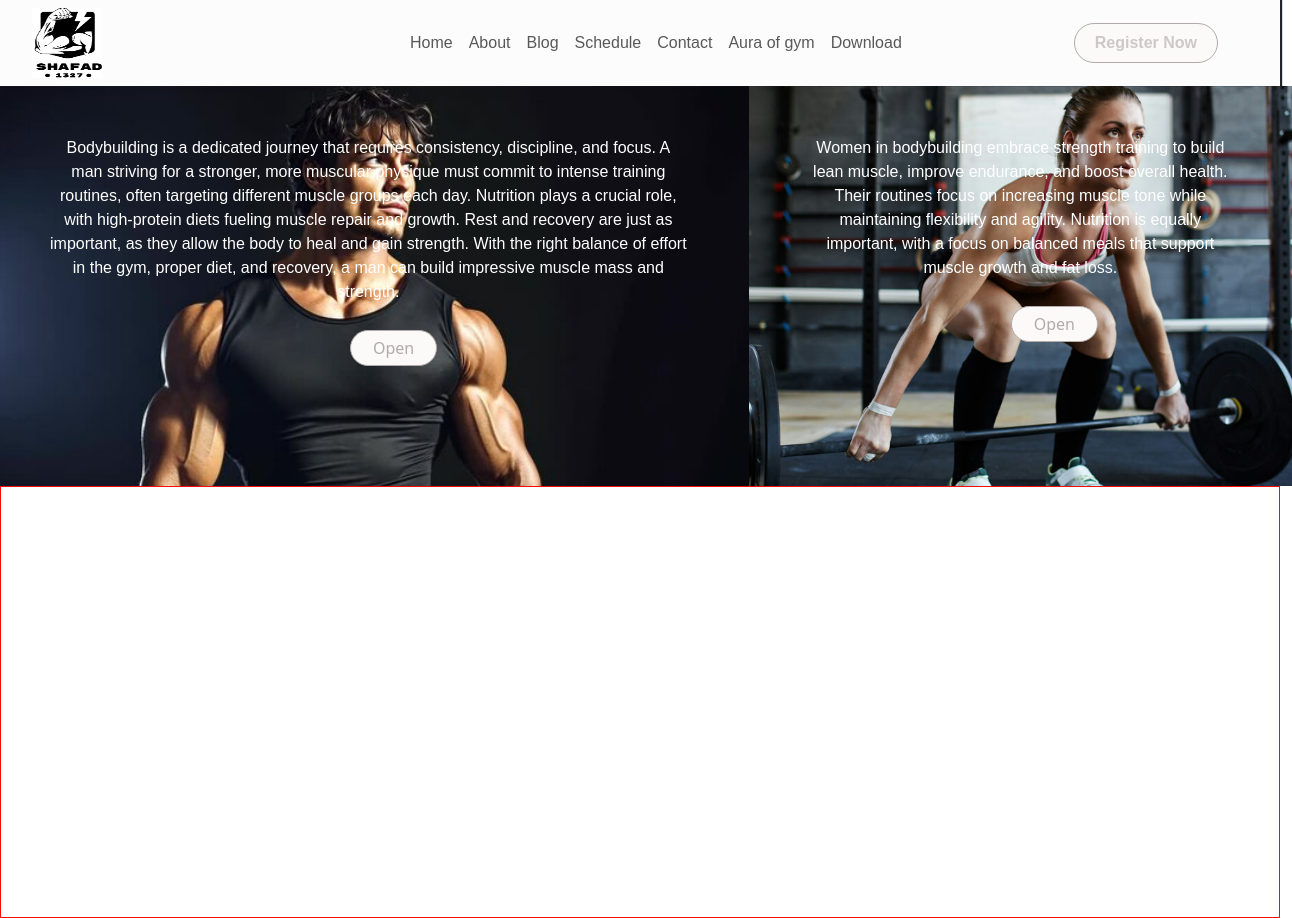
Repository: Daud-shafad/gymwebsite
Page: bootstrap-5.3.3-dist/bootstrap-5.3.3-dist/gym.html
An editor plug-in stored every save of this project. The page is shown before and after the next save, followed by the edit.
The browser window is 1280 px wide. The page is 1292 px wide, so the pictures cover 1292 px, including what lies to the right of the window. The pictures show the whole page.

Above is the page before, as saved 2024-12-28 14:23:33.

After the next save:
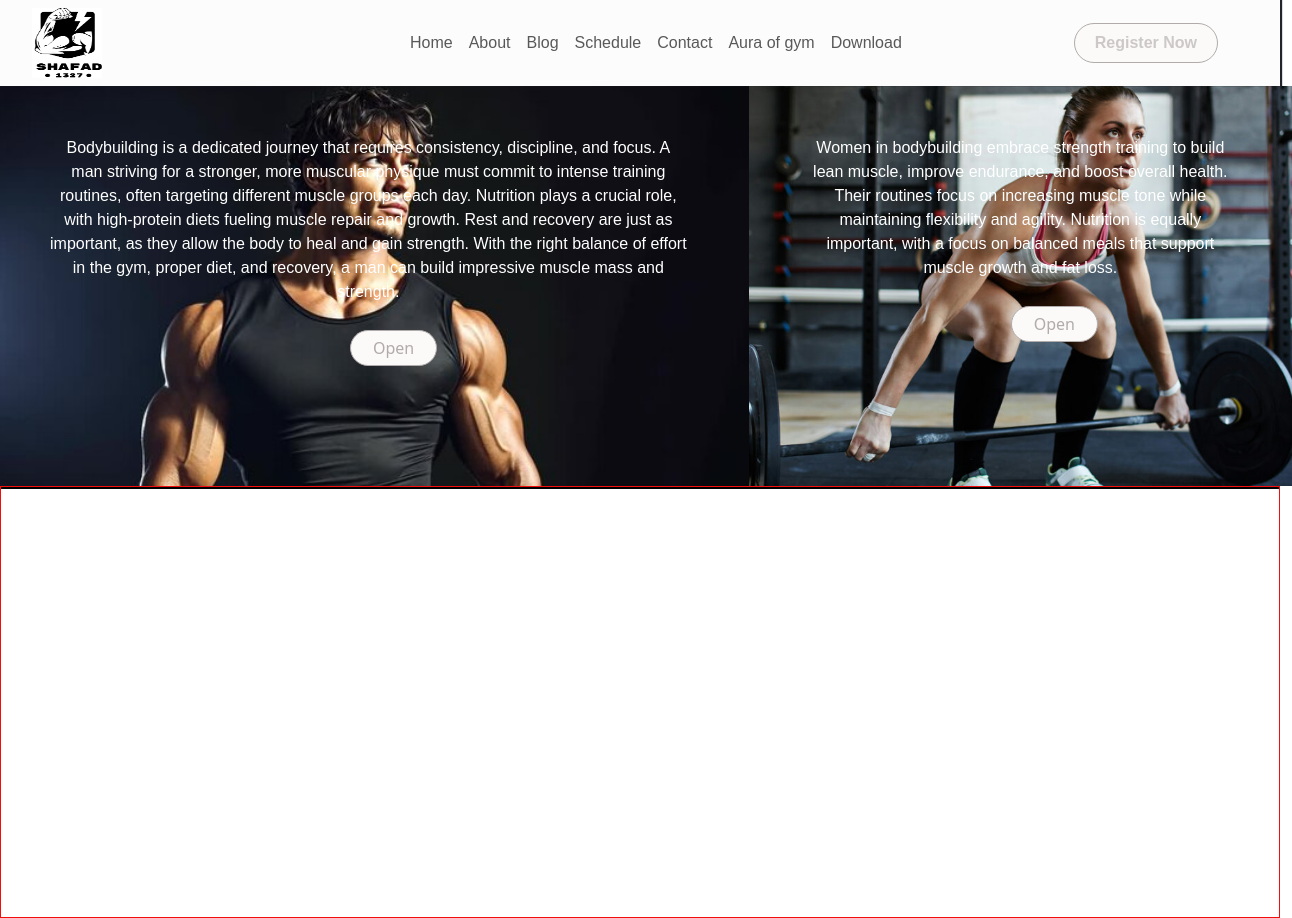
Saved 81 s later.
--- a/bootstrap-5.3.3-dist/bootstrap-5.3.3-dist/gym.css
+++ b/bootstrap-5.3.3-dist/bootstrap-5.3.3-dist/gym.css
@@ -119,3 +119,11 @@
     height: 60vh;
     border: 1px solid rgb(243, 14, 14);
  }
+ .section-1 .managers-part{
+    display: flex;
+    flex-direction: row;
+    gap: 30px;
+    align-items: center;
+    justify-content: center;
+    border: 1px solid black;
+ }
